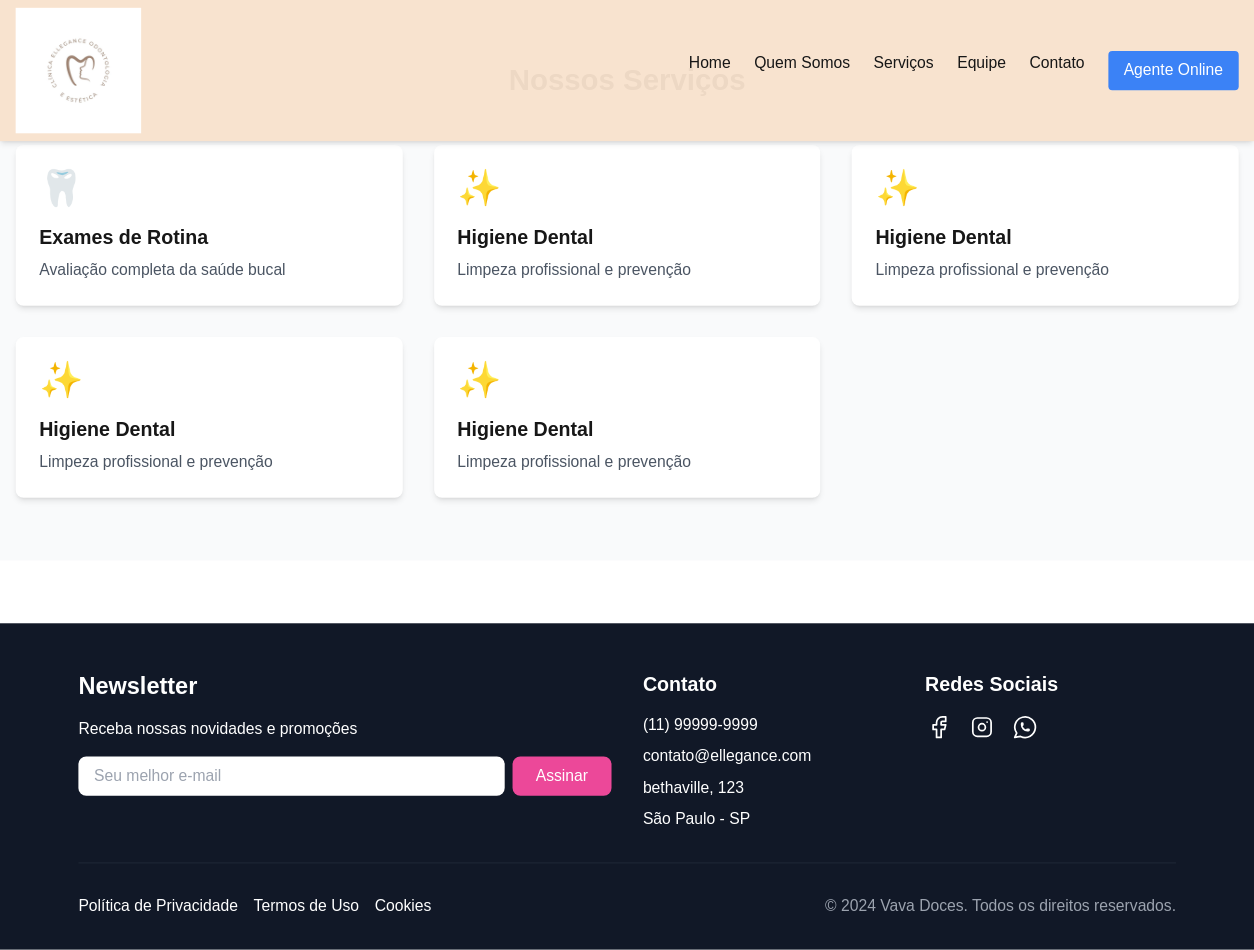
Repository: francisguitt/ellegance_odontologia
Page: /services_
The author's editor kept a copy of each file at every save. The page is drawn from the files as they stood at one save, then again after a run of saves.
The browser window is 1280 px wide. The pictures show the whole page, at 98% of full size.
The project was rebuilt for these pictures with package versions that can differ from the ones it lists, and the page was loaded fresh each time. The framework's server and built-in components were replaced by stand-ins that run in the browser. Also part of the build but not shown: next.config.mjs.

Above is the page before, as saved 2025-02-22 12:00:36.

After the next 2 saves:
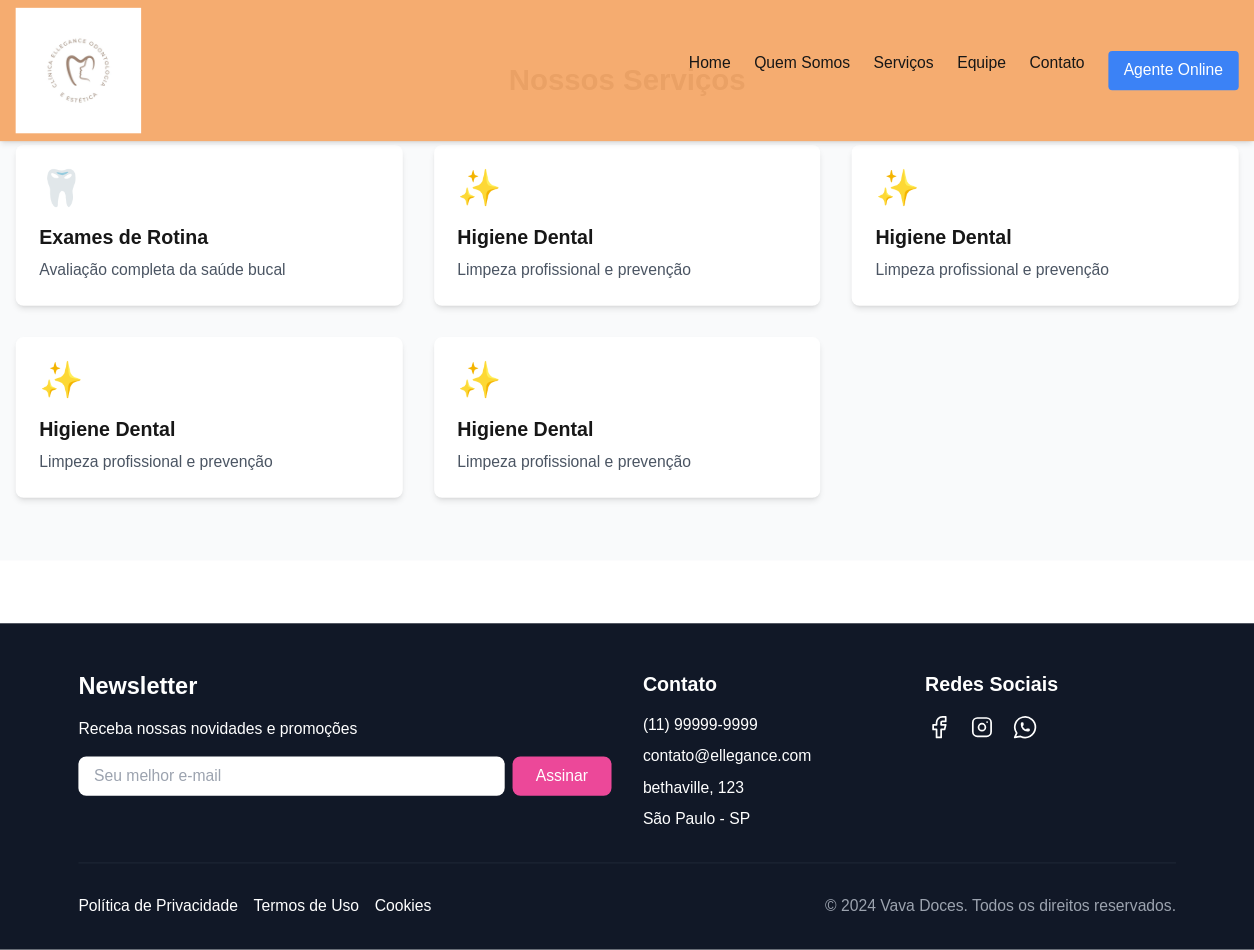
The 2 saves are shown as one change because they came seconds apart.
The last was saved 94 s later.
--- a/src/app/globals.css
+++ b/src/app/globals.css
@@ -3,7 +3,7 @@
 @tailwind utilities;
 
 :root {
-  --primary-color: #f8e2cdf3;
+  --primary-color: #f5a869f3;
   --secundary-color: #ffd079;
   --background: #ffffff;
   --foreground: #171717;
